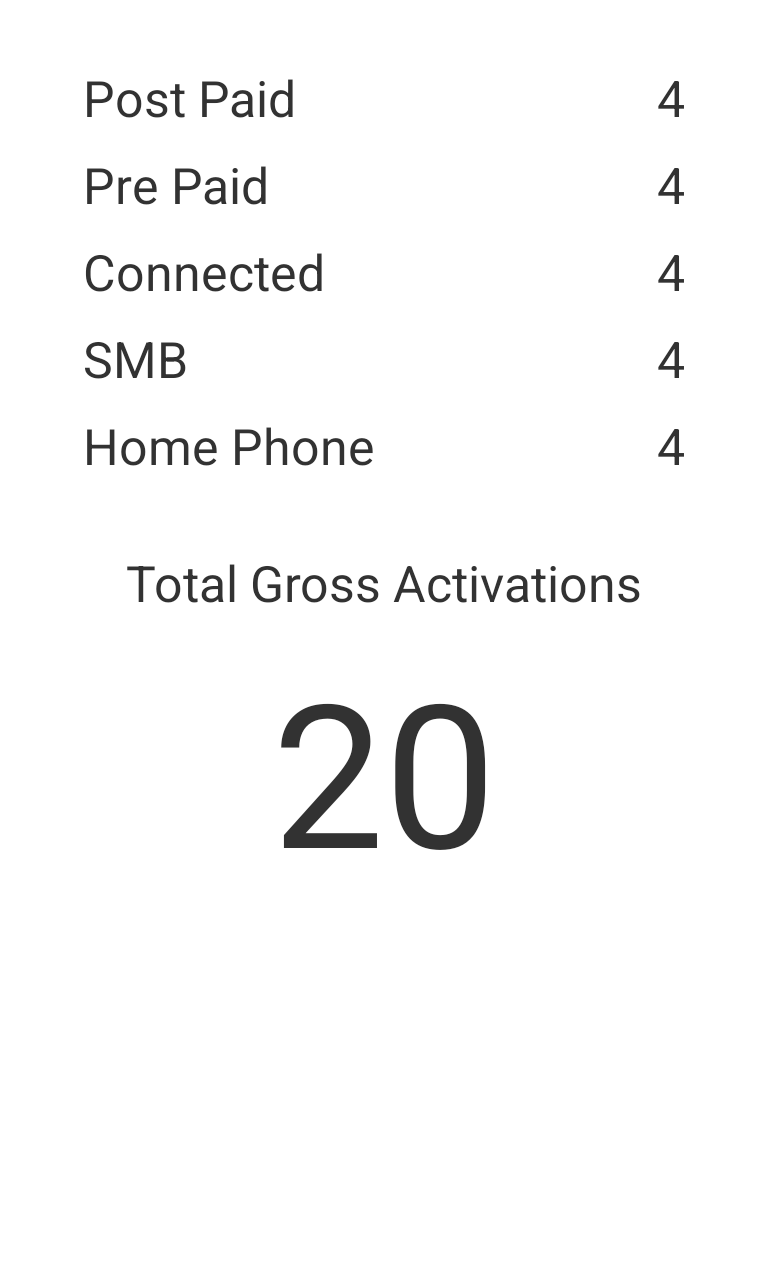
Repository: jemcphe/XCell
Layout: XCell/res/layout/data_adds.xml
An editor plug-in stored every save of this project. The layout is shown before and after the next save, followed by the edit.
It is drawn on a 768 x 1280 px phone screen (xhdpi) without system bars, with theme Theme.Xcell; the app's code is not run.

Above is the layout before, as saved 2013-08-20 23:46:22.

### XCell/res/layout/data_adds.xml
<?xml version="1.0" encoding="utf-8"?>
<RelativeLayout xmlns:android="http://schemas.android.com/apk/res/android"
    android:layout_width="match_parent"
    android:layout_height="match_parent" >

    <LinearLayout
        android:layout_width="wrap_content"
        android:layout_height="wrap_content"
        android:layout_below="@+id/gridLayout1"
        android:layout_centerHorizontal="true"
        android:layout_marginTop="25dp"
        android:orientation="vertical" >

        <TextView
            android:layout_width="match_parent"
            android:layout_height="match_parent"
            android:paddingBottom="10dp"
            android:text="Total Gross Activations"
            android:textSize="25sp" />

        <TextView
            android:layout_width="match_parent"
            android:layout_height="match_parent"
            android:gravity="center"
            android:paddingBottom="10dp"
            android:text="20"
            android:textSize="100sp" />
    </LinearLayout>

    <GridLayout
        android:id="@+id/gridLayout1"
        android:layout_width="wrap_content"
        android:layout_height="wrap_content"
        android:layout_alignParentTop="true"
        android:layout_centerHorizontal="true"
        android:layout_marginTop="32dp"
        android:columnCount="2" >

        <TextView
            android:layout_width="wrap_content"
            android:layout_height="wrap_content"
            android:paddingBottom="10dp"
            android:paddingRight="180dp"
            android:text="Post Paid"
            android:textSize="25sp" />

        <TextView
            android:id="@+id/data_postValue"
            android:layout_width="wrap_content"
            android:layout_height="wrap_content"
            android:paddingBottom="10dp"
            android:text="4"
            android:textSize="25sp" />

        <TextView
            android:layout_width="wrap_content"
            android:layout_height="wrap_content"
            android:paddingBottom="10dp"
            android:text="Pre Paid"
            android:textSize="25sp" />

        <TextView
            android:id="@+id/data_preValue"
            android:layout_width="wrap_content"
            android:layout_height="wrap_content"
            android:paddingBottom="10dp"
            android:text="4"
            android:textSize="25sp" />

        <TextView
            android:layout_width="wrap_content"
            android:layout_height="wrap_content"
            android:paddingBottom="10dp"
            android:text="Connected"
            android:textSize="25sp" />

        <TextView
            android:id="@+id/data_connectedValue"
            android:layout_width="wrap_content"
            android:layout_height="wrap_content"
            android:paddingBottom="10dp"
            android:text="4"
            android:textSize="25sp" />

        <TextView
            android:layout_width="wrap_content"
            android:layout_height="wrap_content"
            android:paddingBottom="10dp"
            android:text="SMB"
            android:textSize="25sp" />

        <TextView
            android:id="@+id/data_smbValue"
            android:layout_width="wrap_content"
            android:layout_height="wrap_content"
            android:paddingBottom="10dp"
            android:text="4"
            android:textSize="25sp" />

        <TextView
            android:layout_width="wrap_content"
            android:layout_height="wrap_content"
            android:paddingBottom="10dp"
            android:text="Home Phone"
            android:textSize="25sp" />

        <TextView
            android:id="@+id/data_homeValue"
            android:layout_width="wrap_content"
            android:layout_height="wrap_content"
            android:paddingBottom="10dp"
            android:text="4"
            android:textSize="25sp" />
    </GridLayout>

</RelativeLayout>

### XCell/res/values/styles_xcell.xml
<?xml version="1.0" encoding="utf-8"?>

<resources>

    <style name="Theme.Xcell" parent="@android:style/Theme.Holo.Light">
        <item name="android:actionBarItemBackground">@drawable/selectable_background_xcell</item>
        <item name="android:popupMenuStyle">@style/PopupMenu.Xcell</item>
        <item name="android:dropDownListViewStyle">@style/DropDownListView.Xcell</item>
        <item name="android:actionBarTabStyle">@style/ActionBarTabStyle.Xcell</item>
        <item name="android:actionDropDownStyle">@style/DropDownNav.Xcell</item>
        <item name="android:actionBarStyle">@style/ActionBar.Solid.Xcell</item>
        <item name="android:actionModeBackground">@drawable/cab_background_top_xcell</item>
        <item name="android:actionModeSplitBackground">@drawable/cab_background_bottom_xcell</item>
        <item name="android:actionModeCloseButtonStyle">@style/ActionButton.CloseMode.Xcell</item>


    </style>

    <style name="ActionBar.Solid.Xcell" parent="@android:style/Widget.Holo.Light.ActionBar.Solid">
        <item name="android:background">@drawable/ab_background_textured_xcell</item>
        <item name="android:backgroundStacked">@drawable/ab_stacked_solid_xcell</item>
        <item name="android:backgroundSplit">@drawable/ab_background_textured_xcell</item>
        <item name="android:progressBarStyle">@style/ProgressBar.Xcell</item>
    </style>

    <style name="ActionBar.Transparent.Xcell" parent="@android:style/Widget.Holo.Light.ActionBar">
        <item name="android:background">@drawable/ab_transparent_xcell</item>
        <item name="android:progressBarStyle">@style/ProgressBar.Xcell</item>
    </style>

    <style name="PopupMenu.Xcell" parent="@android:style/Widget.Holo.Light.ListPopupWindow">
        <item name="android:popupBackground">@drawable/menu_dropdown_panel_xcell</item>
    </style>

    <style name="DropDownListView.Xcell" parent="@android:style/Widget.Holo.Light.ListView.DropDown">
        <item name="android:listSelector">@drawable/selectable_background_xcell</item>
    </style>

    <style name="ActionBarTabStyle.Xcell" parent="@android:style/Widget.Holo.Light.ActionBar.TabView">
        <item name="android:background">@drawable/tab_indicator_ab_xcell</item>
    </style>

    <style name="DropDownNav.Xcell" parent="@android:style/Widget.Holo.Light.Spinner">
        <item name="android:background">@drawable/spinner_background_ab_xcell</item>
        <item name="android:popupBackground">@drawable/menu_dropdown_panel_xcell</item>
        <item name="android:dropDownSelector">@drawable/selectable_background_xcell</item>
    </style>

    <style name="ProgressBar.Xcell" parent="@android:style/Widget.Holo.Light.ProgressBar.Horizontal">
        <item name="android:progressDrawable">@drawable/progress_horizontal_xcell</item>
    </style>

    <style name="ActionButton.CloseMode.Xcell" parent="@android:style/Widget.Holo.Light.ActionButton.CloseMode">
        <item name="android:background">@drawable/btn_cab_done_xcell</item>
    </style>

    <!-- this style is only referenced in a Light.DarkActionBar based theme -->
    <style name="Theme.Xcell.Widget" parent="@android:style/Theme.Holo">
        <item name="android:popupMenuStyle">@style/PopupMenu.Xcell</item>
        <item name="android:dropDownListViewStyle">@style/DropDownListView.Xcell</item>
    </style>

</resources>

### XCell/res/drawable/selectable_background_xcell.xml
<?xml version="1.0" encoding="utf-8"?>
<!-- File created by the Android Action Bar Style Generator

     Copyright (C) 2011 The Android Open Source Project
     Copyright (C) 2012 readyState Software Ltd

     Licensed under the Apache License, Version 2.0 (the "License");
     you may not use this file except in compliance with the License.
     You may obtain a copy of the License at

          http://www.apache.org/licenses/LICENSE-2.0

     Unless required by applicable law or agreed to in writing, software
     distributed under the License is distributed on an "AS IS" BASIS,
     WITHOUT WARRANTIES OR CONDITIONS OF ANY KIND, either express or implied.
     See the License for the specific language governing permissions and
     limitations under the License.
-->

<selector xmlns:android="http://schemas.android.com/apk/res/android"
        android:exitFadeDuration="@android:integer/config_mediumAnimTime" >
    <item android:state_pressed="false" android:state_focused="true" android:drawable="@drawable/list_focused_xcell" />
    <item android:state_pressed="true" android:drawable="@drawable/pressed_background_xcell" />
    <item android:drawable="@android:color/transparent" />
</selector>

### XCell/res/drawable/btn_cab_done_xcell.xml
<?xml version="1.0" encoding="utf-8"?>
<!-- File created by the Android Action Bar Style Generator

     Copyright (C) 2011 The Android Open Source Project
     Copyright (C) 2012 readyState Software Ltd

     Licensed under the Apache License, Version 2.0 (the "License");
     you may not use this file except in compliance with the License.
     You may obtain a copy of the License at

          http://www.apache.org/licenses/LICENSE-2.0

     Unless required by applicable law or agreed to in writing, software
     distributed under the License is distributed on an "AS IS" BASIS,
     WITHOUT WARRANTIES OR CONDITIONS OF ANY KIND, either express or implied.
     See the License for the specific language governing permissions and
     limitations under the License.
-->

<selector xmlns:android="http://schemas.android.com/apk/res/android">
    <item android:state_pressed="true"
        android:drawable="@drawable/btn_cab_done_pressed_xcell" />
    <item android:state_focused="true" android:state_enabled="true"
        android:drawable="@drawable/btn_cab_done_focused_xcell" />
    <item android:state_enabled="true"
        android:drawable="@drawable/btn_cab_done_default_xcell" />
</selector>

### XCell/res/drawable/ab_background_textured_xcell.xml
<?xml version="1.0" encoding="utf-8"?>
<!-- File created by the Android Action Bar Style Generator

     Copyright (C) 2012 readyState Software Ltd

     Licensed under the Apache License, Version 2.0 (the "License");
     you may not use this file except in compliance with the License.
     You may obtain a copy of the License at

          http://www.apache.org/licenses/LICENSE-2.0

     Unless required by applicable law or agreed to in writing, software
     distributed under the License is distributed on an "AS IS" BASIS,
     WITHOUT WARRANTIES OR CONDITIONS OF ANY KIND, either express or implied.
     See the License for the specific language governing permissions and
     limitations under the License.
-->

<bitmap xmlns:android="http://schemas.android.com/apk/res/android"
    android:src="@drawable/ab_texture_tile_xcell"
    android:tileMode="repeat" />

### XCell/res/drawable/progress_horizontal_xcell.xml
<?xml version="1.0" encoding="utf-8"?>
<!-- File created by the Android Action Bar Style Generator

     Copyright (C) 2011 The Android Open Source Project
     Copyright (C) 2012 readyState Software Ltd

     Licensed under the Apache License, Version 2.0 (the "License");
     you may not use this file except in compliance with the License.
     You may obtain a copy of the License at

          http://www.apache.org/licenses/LICENSE-2.0

     Unless required by applicable law or agreed to in writing, software
     distributed under the License is distributed on an "AS IS" BASIS,
     WITHOUT WARRANTIES OR CONDITIONS OF ANY KIND, either express or implied.
     See the License for the specific language governing permissions and
     limitations under the License.
-->

<layer-list xmlns:android="http://schemas.android.com/apk/res/android">

    <item android:id="@android:id/background"
          android:drawable="@drawable/progress_bg_xcell" />

    <item android:id="@android:id/secondaryProgress">
        <scale android:scaleWidth="100%"
               android:drawable="@drawable/progress_secondary_xcell" />
    </item>

    <item android:id="@android:id/progress">
        <scale android:scaleWidth="100%"
               android:drawable="@drawable/progress_primary_xcell" />
    </item>

</layer-list>

### XCell/res/drawable/spinner_background_ab_xcell.xml
<?xml version="1.0" encoding="utf-8"?>
<!-- File created by the Android Action Bar Style Generator

     Copyright (C) 2011 The Android Open Source Project
     Copyright (C) 2012 readyState Software Ltd

     Licensed under the Apache License, Version 2.0 (the "License");
     you may not use this file except in compliance with the License.
     You may obtain a copy of the License at

          http://www.apache.org/licenses/LICENSE-2.0

     Unless required by applicable law or agreed to in writing, software
     distributed under the License is distributed on an "AS IS" BASIS,
     WITHOUT WARRANTIES OR CONDITIONS OF ANY KIND, either express or implied.
     See the License for the specific language governing permissions and
     limitations under the License.
-->

<selector xmlns:android="http://schemas.android.com/apk/res/android">
    <item android:state_enabled="false"
        android:drawable="@drawable/spinner_ab_disabled_xcell" />
    <item android:state_pressed="true"
        android:drawable="@drawable/spinner_ab_pressed_xcell" />
    <item android:state_pressed="false" android:state_focused="true"
        android:drawable="@drawable/spinner_ab_focused_xcell" />
    <item android:drawable="@drawable/spinner_ab_default_xcell" />
</selector>

### XCell/res/drawable/tab_indicator_ab_xcell.xml
<?xml version="1.0" encoding="utf-8"?>
<!-- File created by the Android Action Bar Style Generator

     Copyright (C) 2011 The Android Open Source Project
     Copyright (C) 2012 readyState Software Ltd

     Licensed under the Apache License, Version 2.0 (the "License");
     you may not use this file except in compliance with the License.
     You may obtain a copy of the License at

          http://www.apache.org/licenses/LICENSE-2.0

     Unless required by applicable law or agreed to in writing, software
     distributed under the License is distributed on an "AS IS" BASIS,
     WITHOUT WARRANTIES OR CONDITIONS OF ANY KIND, either express or implied.
     See the License for the specific language governing permissions and
     limitations under the License.
-->

<selector xmlns:android="http://schemas.android.com/apk/res/android">
    <!-- Non focused states -->
    <item android:state_focused="false" android:state_selected="false" android:state_pressed="false" android:drawable="@android:color/transparent"/>
    <item android:state_focused="false" android:state_selected="true"  android:state_pressed="false" android:drawable="@drawable/tab_selected_xcell" />

    <!-- Focused states -->
    <item android:state_focused="true" android:state_selected="false" android:state_pressed="false" android:drawable="@drawable/tab_unselected_focused_xcell" />
    <item android:state_focused="true" android:state_selected="true"  android:state_pressed="false" android:drawable="@drawable/tab_selected_focused_xcell" />

    <!-- Pressed -->
    <!--    Non focused states -->
    <item android:state_focused="false" android:state_selected="false" android:state_pressed="true" android:drawable="@drawable/tab_unselected_pressed_xcell" />
    <item android:state_focused="false" android:state_selected="true"  android:state_pressed="true" android:drawable="@drawable/tab_selected_pressed_xcell" />

    <!--    Focused states -->
    <item android:state_focused="true" android:state_selected="false" android:state_pressed="true" android:drawable="@drawable/tab_unselected_pressed_xcell" />
    <item android:state_focused="true" android:state_selected="true"  android:state_pressed="true" android:drawable="@drawable/tab_selected_pressed_xcell" />
</selector>

### XCell/res/drawable/pressed_background_xcell.xml
<?xml version="1.0" encoding="utf-8"?>
<!-- File created by the Android Action Bar Style Generator

     Copyright (C) 2011 The Android Open Source Project
     Copyright (C) 2012 readyState Software Ltd

     Licensed under the Apache License, Version 2.0 (the "License");
     you may not use this file except in compliance with the License.
     You may obtain a copy of the License at

          http://www.apache.org/licenses/LICENSE-2.0

     Unless required by applicable law or agreed to in writing, software
     distributed under the License is distributed on an "AS IS" BASIS,
     WITHOUT WARRANTIES OR CONDITIONS OF ANY KIND, either express or implied.
     See the License for the specific language governing permissions and
     limitations under the License.
-->

<shape xmlns:android="http://schemas.android.com/apk/res/android" android:shape="rectangle">
    <solid android:color="@color/pressed_xcell" />
</shape>

### XCell/res/values/colors_xcell.xml
<?xml version="1.0" encoding="utf-8"?>
<!-- File created by the Android Action Bar Style Generator

     Copyright (C) 2011 The Android Open Source Project
     Copyright (C) 2012 readyState Software Ltd

     Licensed under the Apache License, Version 2.0 (the "License");
     you may not use this file except in compliance with the License.
     You may obtain a copy of the License at

          http://www.apache.org/licenses/LICENSE-2.0

     Unless required by applicable law or agreed to in writing, software
     distributed under the License is distributed on an "AS IS" BASIS,
     WITHOUT WARRANTIES OR CONDITIONS OF ANY KIND, either express or implied.
     See the License for the specific language governing permissions and
     limitations under the License.
-->

<resources>
    <color name="pressed_xcell">#CC33B5E5</color>
    <color name="background_xcell">#d8e8e8</color>
    <color name="xcell_blue">#12679b</color>
</resources>

After the next save:
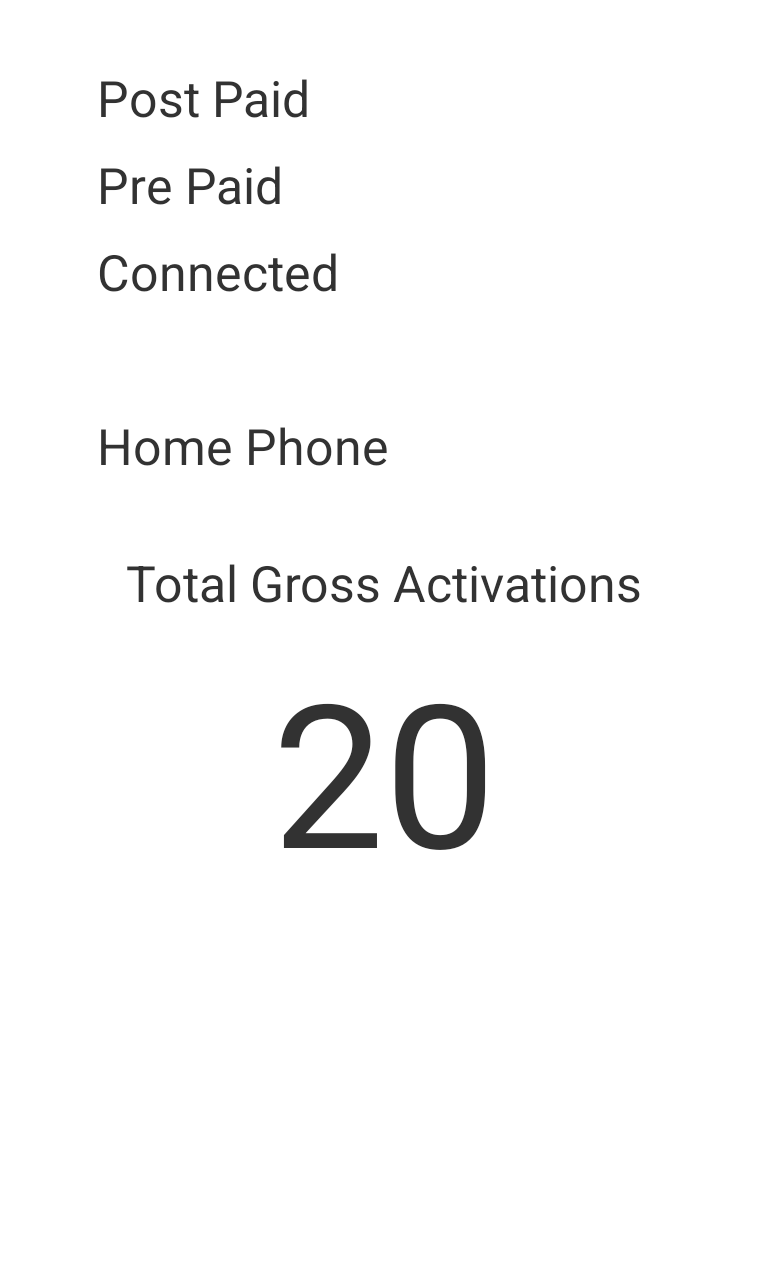
Saved 33 s later.
--- a/XCell/res/layout/data_adds.xml
+++ b/XCell/res/layout/data_adds.xml
@@ -49,7 +49,6 @@
             android:layout_width="wrap_content"
             android:layout_height="wrap_content"
             android:paddingBottom="10dp"
-            android:text="4"
             android:textSize="25sp" />
 
         <TextView
@@ -64,7 +63,6 @@
             android:layout_width="wrap_content"
             android:layout_height="wrap_content"
             android:paddingBottom="10dp"
-            android:text="4"
             android:textSize="25sp" />
 
         <TextView
@@ -79,14 +77,12 @@
             android:layout_width="wrap_content"
             android:layout_height="wrap_content"
             android:paddingBottom="10dp"
-            android:text="4"
             android:textSize="25sp" />
 
         <TextView
             android:layout_width="wrap_content"
             android:layout_height="wrap_content"
             android:paddingBottom="10dp"
-            android:text="SMB"
             android:textSize="25sp" />
 
         <TextView
@@ -94,7 +90,6 @@
             android:layout_width="wrap_content"
             android:layout_height="wrap_content"
             android:paddingBottom="10dp"
-            android:text="4"
             android:textSize="25sp" />
 
         <TextView
@@ -109,7 +104,6 @@
             android:layout_width="wrap_content"
             android:layout_height="wrap_content"
             android:paddingBottom="10dp"
-            android:text="4"
             android:textSize="25sp" />
     </GridLayout>
 
